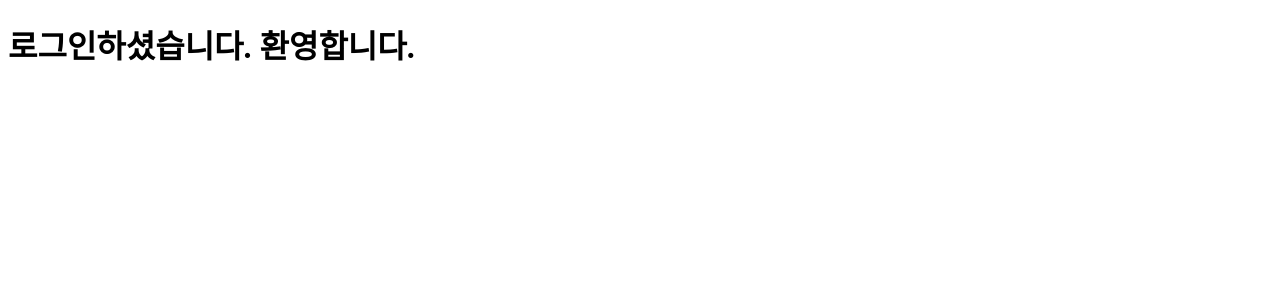
Repository: limbbbyoung/JSP_practice
Page: http://localhost/JSPbasic/jspobject/cookie/login_ok.jsp
These files come from the project's save history. The page is drawn as it stood at one moment and after the next save; the edit follows.
The browser window is 1280 px wide. The pictures show the whole page.
The page is served by Tomcat 9.

Above is the page before, as saved 2022-03-29 08:26:58.

### JSPbasic/src/main/webapp/jspobject/cookie/login_ok.jsp
<%@ page language="java" contentType="text/html; charset=UTF-8"
    pageEncoding="UTF-8"%>
<!DOCTYPE html>
<html>
<head>
<meta charset="UTF-8">
<title>Insert title here</title>
</head>
<body>
   <h1>로그인하셨습니다. 환영합니다.</h1>
</body>
</html>

After the next save:
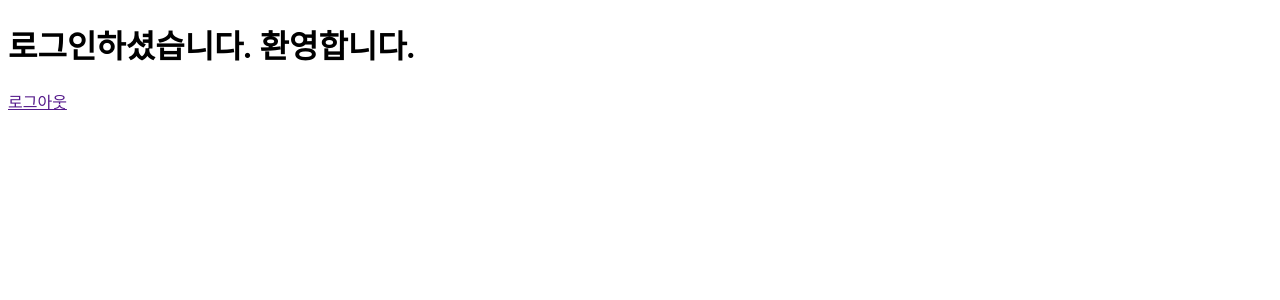
Saved 8 min 6 s later.
--- a/JSPbasic/src/main/webapp/jspobject/cookie/login_ok.jsp
+++ b/JSPbasic/src/main/webapp/jspobject/cookie/login_ok.jsp
@@ -8,5 +8,6 @@
 </head>
 <body>
    <h1>로그인하셨습니다. 환영합니다.</h1>
+   <a href="">로그아웃</a>
 </body>
 </html>
